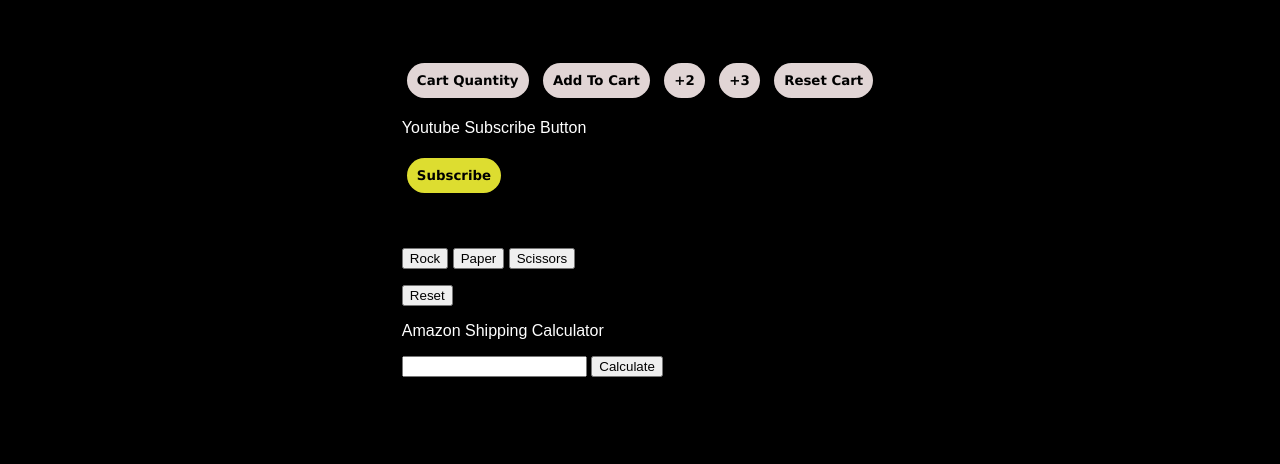
Repository: EguJaredoBoyd/Jared-Learning-Projects
Page: javascript-tutorial.html
The author's editor kept a copy of each file at every save. The page is drawn from the files as they stood at one save, then again after the next save.
The browser window is 1280 px wide. The pictures show the whole page.

Above is the page before, as saved 2025-07-06 22:46:37.

After the next save:
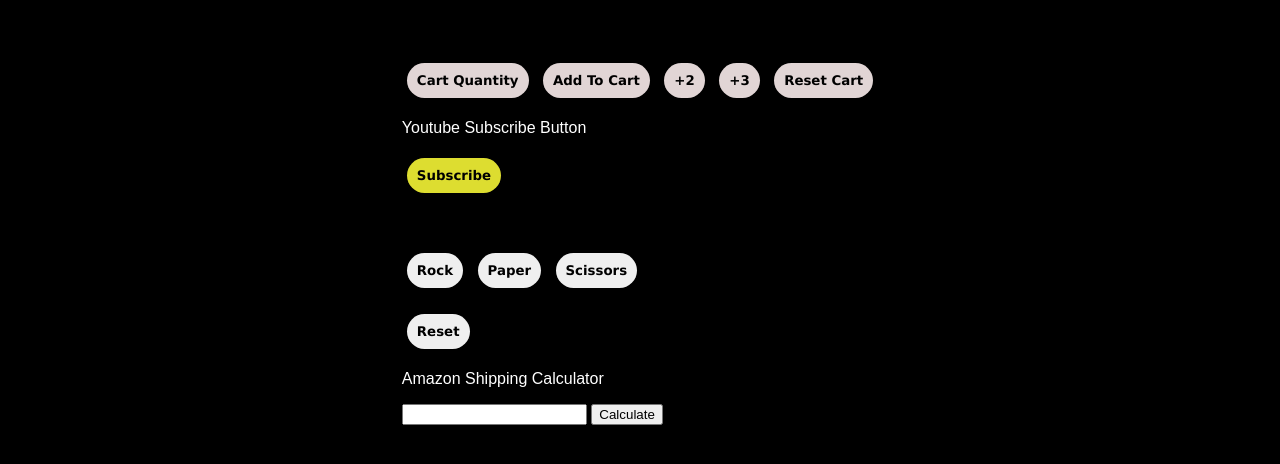
Saved 2 min 13 s later.
--- a/javascript-tutorial.css
+++ b/javascript-tutorial.css
@@ -31,3 +31,14 @@ body{
 p{
     color: white;
 }
+
+/* game-section  */
+
+.game-play button{
+     padding: 10px;
+    margin: 5px;
+    font-weight: bold;
+    font-family: Verdana, Geneva, Tahoma, sans-serif;
+    border: none;
+    border-radius: 50px;
+}
